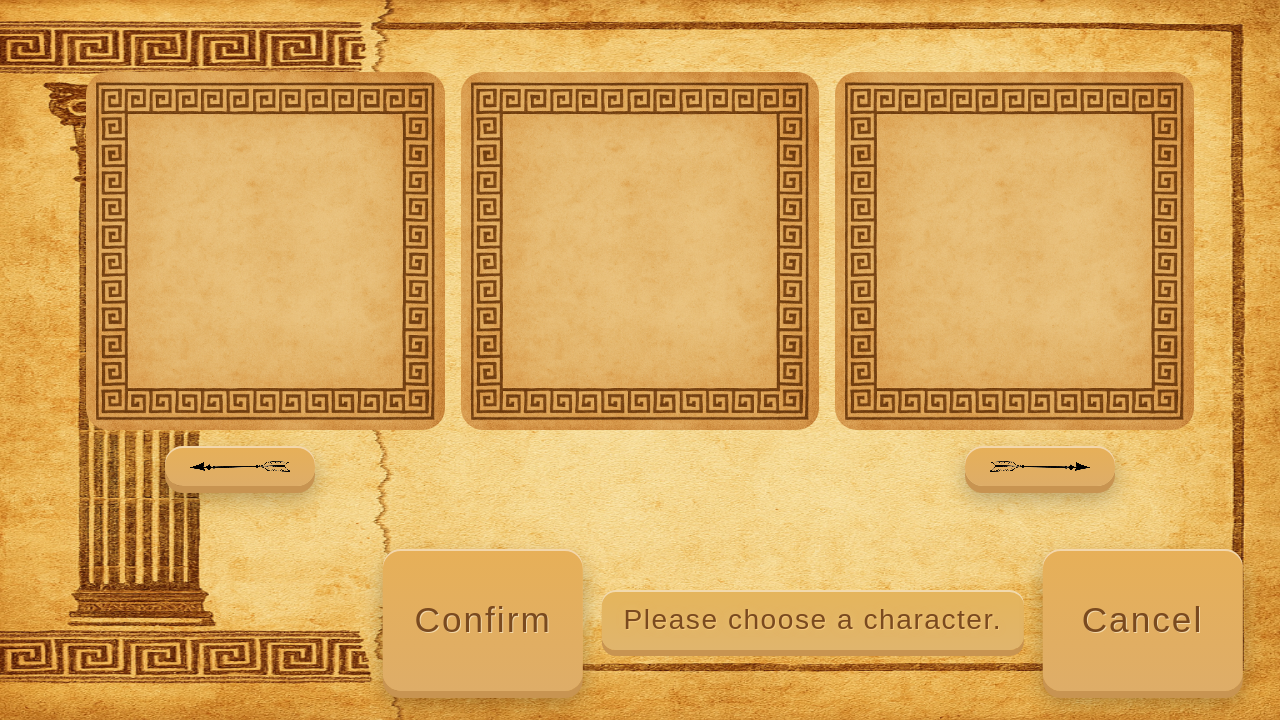
Repository: brianabariteau/Web-1-Final-Project-2025
Page: features/character-selection/character-selection.html
These files come from the project's save history. The page is drawn as it stood at one moment and after the next save; the edit follows.
The browser window is 1280 px wide. The pictures show the whole page.
The page's requests for data from a server got no answer. Some web fonts or font styles are not loaded; a fallback is used.

Above is the page before, as saved 2025-12-22 01:34:24.

After the next save:
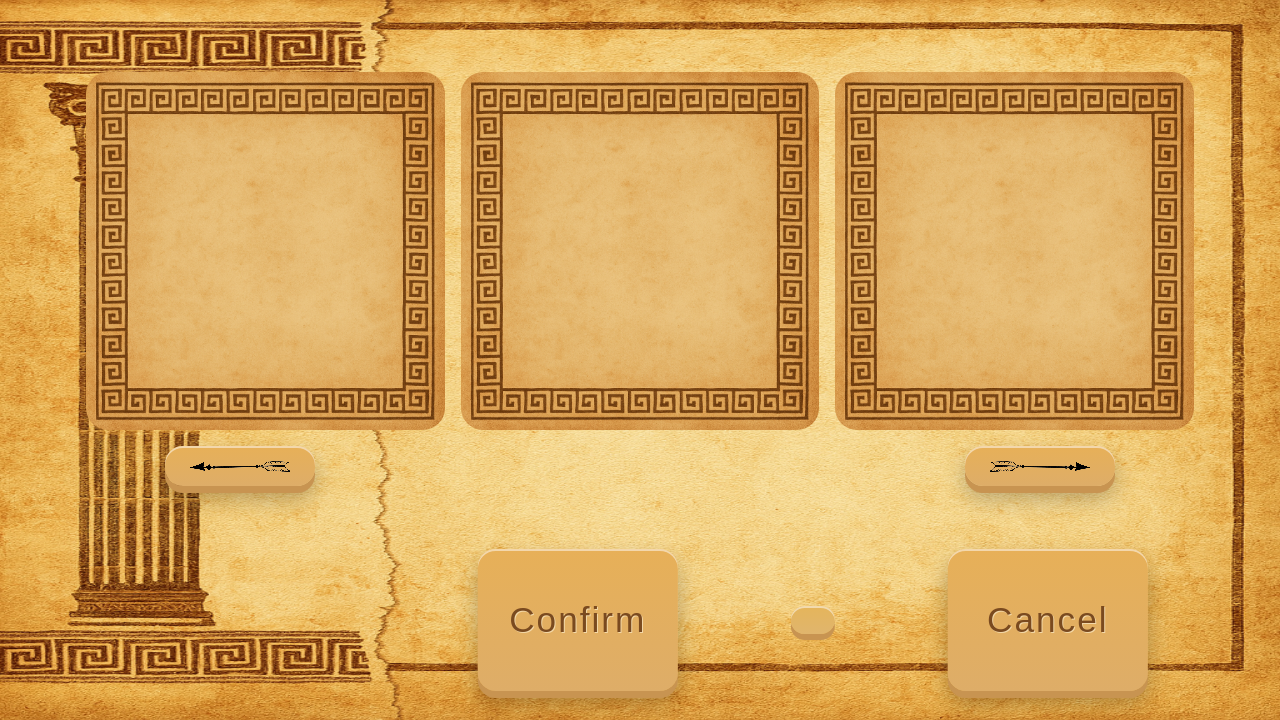
Saved 2 min 26 s later.
--- a/features/character-selection/character-selection.js
+++ b/features/character-selection/character-selection.js
@@ -112,7 +112,14 @@
 
 // * Text Box + Buttons
 const bottomPanel = $("<div>").addClass("bottom-panel");
-const textBox = $("<p>").addClass("box").text("Please choose a character.");
+const textBox = $("<p>").addClass("box");
+
+if (singlePlayer === true) {
+  textBox.text("Player 1, please choose one character and confirm.");
+}
+
+if (multiPlayer === true) {
+}
 
 // * Buttons
 const leftButton = $("<div>").addClass("left-button");

After the 5 saves that followed:
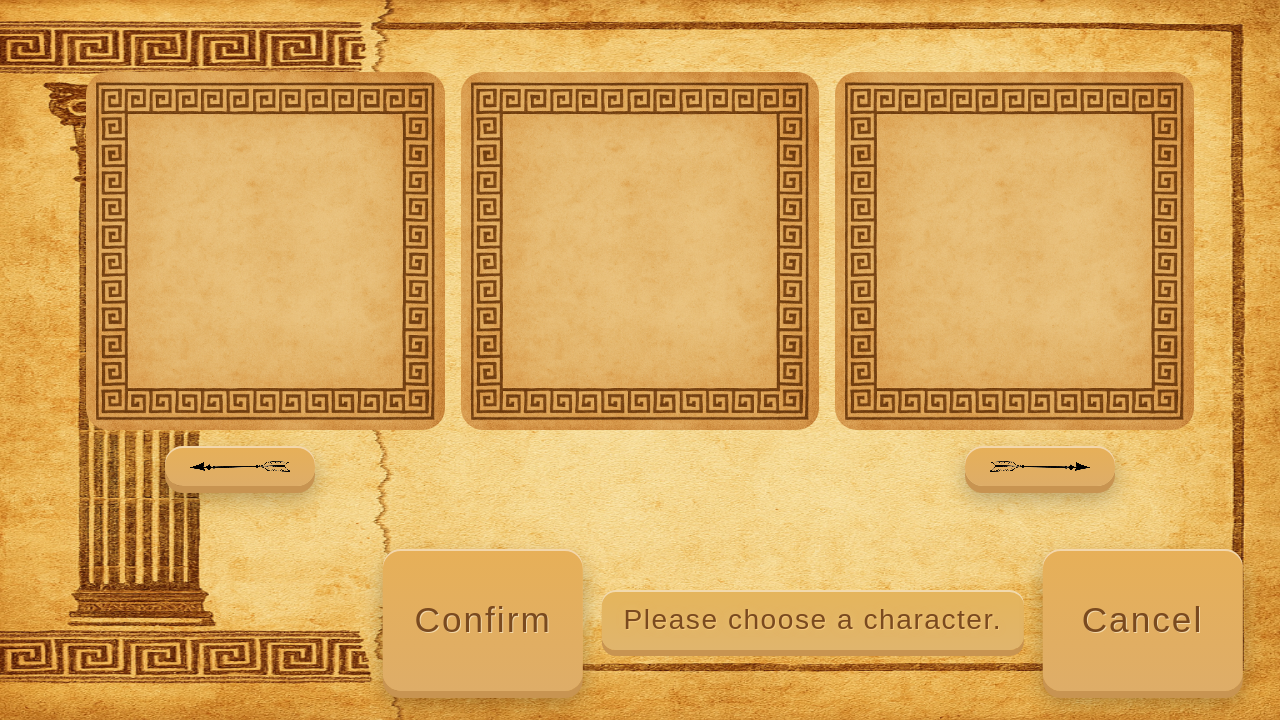
The 5 saves are shown as one change because 4 left the picture as it was.
The last was saved 2 min 45 s later.
--- a/features/character-selection/character-selection.js
+++ b/features/character-selection/character-selection.js
@@ -112,13 +112,14 @@
 
 // * Text Box + Buttons
 const bottomPanel = $("<div>").addClass("bottom-panel");
-const textBox = $("<p>").addClass("box");
-
-if (singlePlayer === true) {
+const textBox = $("<p>").addClass("box").text("Please choose a character.");
+
+if (singlePlayer === "true") {
   textBox.text("Player 1, please choose one character and confirm.");
 }
 
-if (multiPlayer === true) {
+if (multiPlayer === "true") {
+  textBox.text("Player 1 and 2, please choose two characters and confirm.");
 }
 
 // * Buttons
